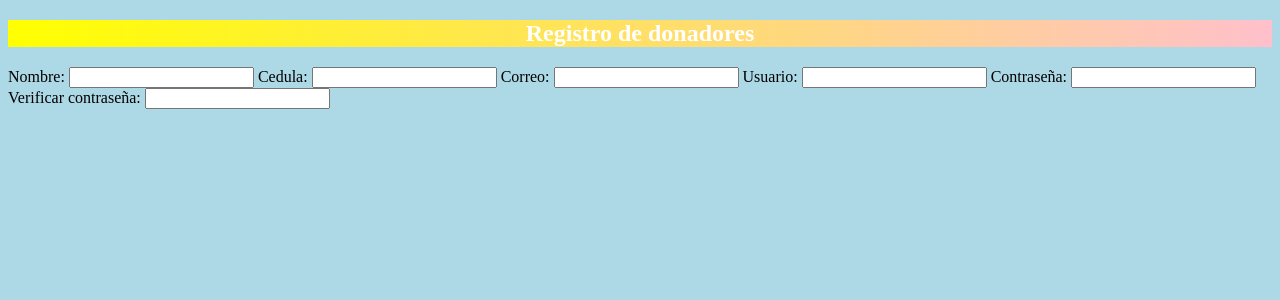
Repository: sonicspeed1/examen1_codigo_bryansantillan
Page: http://localhost/examen_1_bryan_santillan/registro_donadores.jsp
These files come from the project's save history. The page is drawn as it stood at one moment and after the next save; the edit follows.
The browser window is 1280 px wide. The pictures show the whole page.
The page is served by Tomcat 9. Other server files are loaded and not shown.

Above is the page before, as saved 2024-05-25 17:38:13.

### examen_1_bryan_santillan/src/main/webapp/registro_donadores.jsp
<%@ page language="java" contentType="text/html; charset=UTF-8"
    pageEncoding="UTF-8"%>
<!DOCTYPE html>
<html>
<head>
<meta charset="UTF-8">
<title>Registro donadores</title>
<link href="estilo.css" rel="stylesheet"/>
</head>
<body class="cuerpo">
<h2 class="cuadro3">Registro de donadores</h2>
<label>Nombre: <input type="text" name="nombre"></label>
<label>Cedula: <input type="text" name="ci"></label>
<label>Correo: <input type="text" name="correo"></label>
<label>Usuario: <input type="text" name="us"></label>
<label>Contraseña: <input type="password" name="cont1"></label>
<label>Verificar contraseña: <input type="password" name="cont2"></label>
</body>
</html>

### examen_1_bryan_santillan/src/main/webapp/estilo.css
@charset "UTF-8";
.cuerpo{
	background-color: lightblue;
}
.cuadro{
	background-color:lightgreen;
	border: 1px solid green;
	display: block;

}
.cuadro2 {
    background-color: #b4aed0;
    border-radius: 5px;
    border: 1px solid purple;
    height: 400px;
    width: 400px;
}
.cuadro3{
	    background: linear-gradient(to right,yellow,pink);
	    text-align:center;
	    color: white;
}
.titulo{
	color: white;
	transition: color 0.3s, text-shadow 0.3s;
	font-family: 'Comic Sans MS', cursive, sans-serif;
	 text-align: center;
}

.titulo:hover {
    color: blue;
    text-shadow: 2px 2px 5px rgba(0, 0, 0, 0.5);
}
.menu{
	list-style-type: none;
    padding: 0;
    background-color: #80ff80;
    border: 1px solid green;
    margin: 0 auto;
    }
.item {
    display: inline-block;
    position: relative;
}
.container {
    display: flex;
    justify-content: center;
    align-items: center;
    margin-top: 20px;
}
.titulo2{
	color: white;
	transition: color 0.3s, text-shadow 0.3s;
	font-family: 'Comic Sans MS', cursive, sans-serif;
	 text-align: center;
}

.titulo2:hover {
    color: red;
    text-shadow: 2px 2px 5px rgba(0, 0, 0, 0.5);
}
.item_login{
	   display: flex;
    justify-content: center;
    align-items: center;
    margin-bottom: 20px;
}
.button{
	background-color: purple;
	border-radius: 5px;
	color: white;
	padding: 10px 20px;
	margin: 15px;
	font-family: 'Comic Sans MS', cursive, sans-serif;
}
.hiper{
	margin-right: 25px;
}

After the next save:
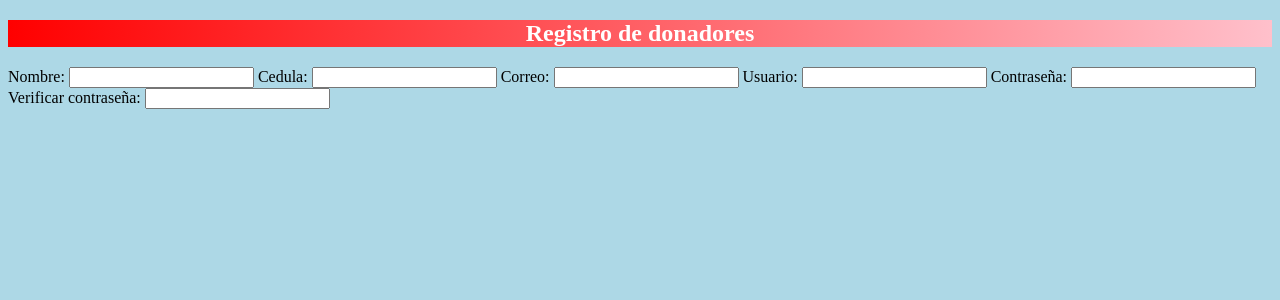
Saved 18 s later.
--- a/examen_1_bryan_santillan/src/main/webapp/estilo.css
+++ b/examen_1_bryan_santillan/src/main/webapp/estilo.css
@@ -16,7 +16,7 @@
     width: 400px;
 }
 .cuadro3{
-	    background: linear-gradient(to right,yellow,pink);
+	    background: linear-gradient(to right,red,pink);
 	    text-align:center;
 	    color: white;
 }
